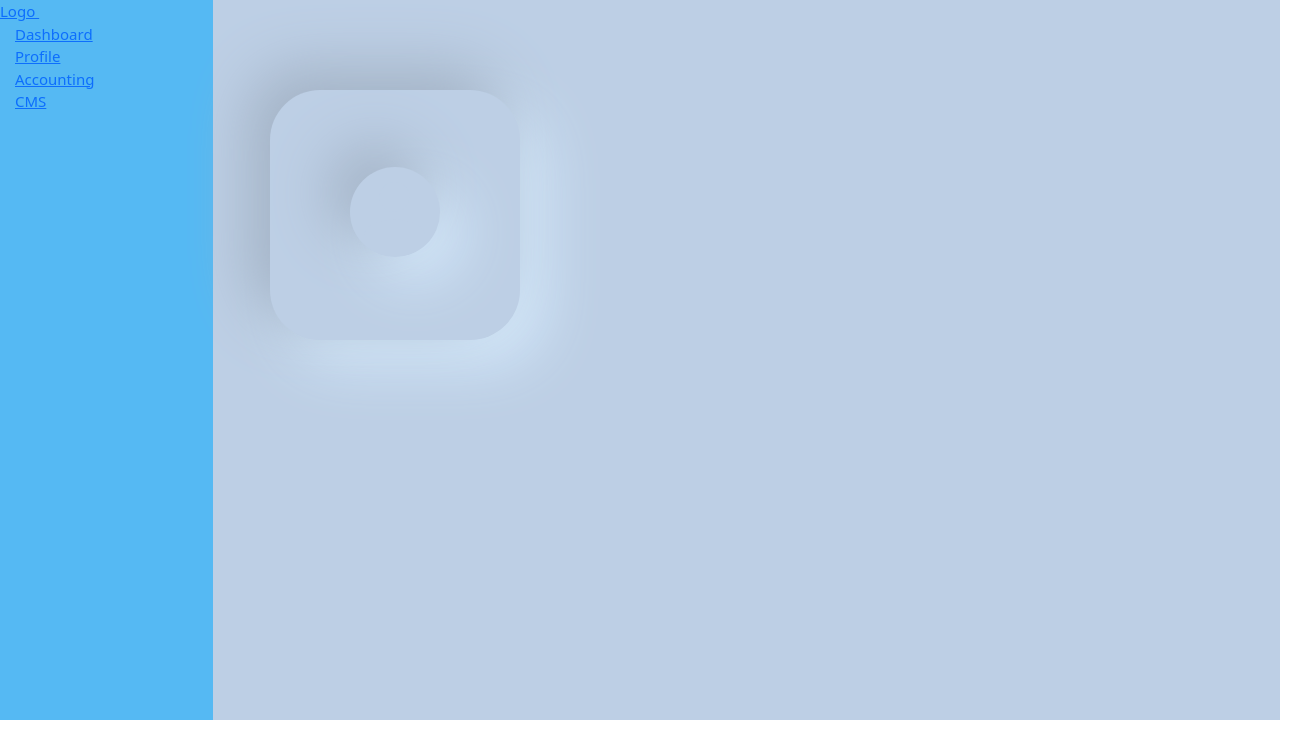
Repository: latenightsnacc/AllinOne
Page: Design/index.html
The author's editor kept a copy of each file at every save. The page is drawn from the files as they stood at one save, then again after the next save.
The browser window is 1280 px wide. The page is 1291 px wide, so the pictures cover 1291 px, including what lies to the right of the window. The pictures show the whole page.
The style sheet was rebuilt from its Sass, Less or Tailwind sources for each picture, by a compiler version that may differ from the author's.

Above is the page before, as saved 2020-09-15 16:58:53.

### Design/index.html
<!DOCTYPE html>
<html lang="en">
<head>
    <meta charset="UTF-8">
    <meta name="viewport" content="width=device-width, initial-scale=1.0">
    <!--Icons-->
    <link href="https://fonts.googleapis.com/icon?family=Material+Icons" rel="stylesheet">
    <!-- Compiled and minified CSS -->
    <link rel="stylesheet" href="https://cdnjs.cloudflare.com/ajax/libs/materialize/1.0.0/css/materialize.min.css">
    <link rel="stylesheet" href="https://stackpath.bootstrapcdn.com/bootstrap/5.0.0-alpha1/css/bootstrap.min.css" integrity="sha384-r4NyP46KrjDleawBgD5tp8Y7UzmLA05oM1iAEQ17CSuDqnUK2+k9luXQOfXJCJ4I" crossorigin="anonymous">
    <!--Custom css-->
    <link rel="stylesheet" href="Styles.css">
    <title>Welcome Page</title>
</head>
<body>
    <div class="row g-0">
        <div class="col-xs-3 col-sm-3 col-md-2 col-lg-2 col-xl-2">
            <div class="sidebar">
                <a href="#">
                    Logo
                    <img src="" alt="" />
                </a>
                <div class="container">
                    <ul class="side-menu">
                        <li>
                            <a href="index.html">
                                <span class="nav-icon"></span>
                                Dashboard
                            </a>
                        </li>
                        <li>
                            <a href="index.html">
                                <span class="nav-icon"></span>
                                Profile
                            </a>
                        </li>
                        <li>
                            <a href="index.html">
                                <span class="nav-icon"></span>
                                Accounting
                            </a>
                        </li>
                        <li>
                            <a href="index.html">
                                <span class="nav-icon"></span>
                                CMS
                            </a>
                        </li>
                    </ul>
                </div>
            </div>
        </div>

        <div class="col-xs-9 col-sm-9 col-md-10 col-lg-10 col-xl-10">
            <div class="wrapper">
                <div class="welcome-box py-5">

                </div>
                <div class="row ml-5">
                    <div class="col-xs-12 col-sm-12 col-md-4 col-lg-4 col-xl-4 col-xxl-4">
                        <a href="#">
                            <div class="cardNew greyBs">
                                <div class="card-content">
                                    <div class="card-icon">
                                        <i class="large material-icons greyBs">person</i>
                                    </div>

                                </div>
                            </div>
                        </a>
                      </div>
                </div>
            </div>

        </div>
    </div>


    <script src="https://cdn.jsdelivr.net/npm/popper.js@1.16.0/dist/umd/popper.min.js" integrity="sha384-Q6E9RHvbIyZFJoft+2mJbHaEWldlvI9IOYy5n3zV9zzTtmI3UksdQRVvoxMfooAo" crossorigin="anonymous"></script>
    <script src="https://stackpath.bootstrapcdn.com/bootstrap/5.0.0-alpha1/js/bootstrap.min.js" integrity="sha384-oesi62hOLfzrys4LxRF63OJCXdXDipiYWBnvTl9Y9/TRlw5xlKIEHpNyvvDShgf/" crossorigin="anonymous"></script>
</body>
</html>

### Design/Styles.scss
@import 'variables';

*{
    margin: 0;
    padding: 0;
    box-sizing: border-box;
    list-style: none;
    text-decoration: none;

}
body {
    overflow: hidden;
}

.sidebar, .wrapper {
    height: 100vh;
}

.sidebar {
    background-color: $blue;


}
.wrapper {
    background-color: $grey;
}
.greyBs {
    background-color: $grey;
    box-shadow: $bsGrey;
    border-radius: $borderR;
    color: $grey;
}
.cardNew{
    display: flex;
    flex-direction: column;
    align-items: center;
    justify-content: center;
    width: 250px;
    height: 250px;
}

### Design/_variables.scss
$blue: #55b9f3;
$white: #fff;
$grey: #bdcfe5;
$borderR: 50px;
$Brb: 50px;
$bsGrey:  -20px -20px 60px #a1b0c3,
20px 20px 60px #d9eeff;
$bsBlue:  20px 20px 60px #489dcf,
-20px -20px 60px #62d5ff;

After the next save:
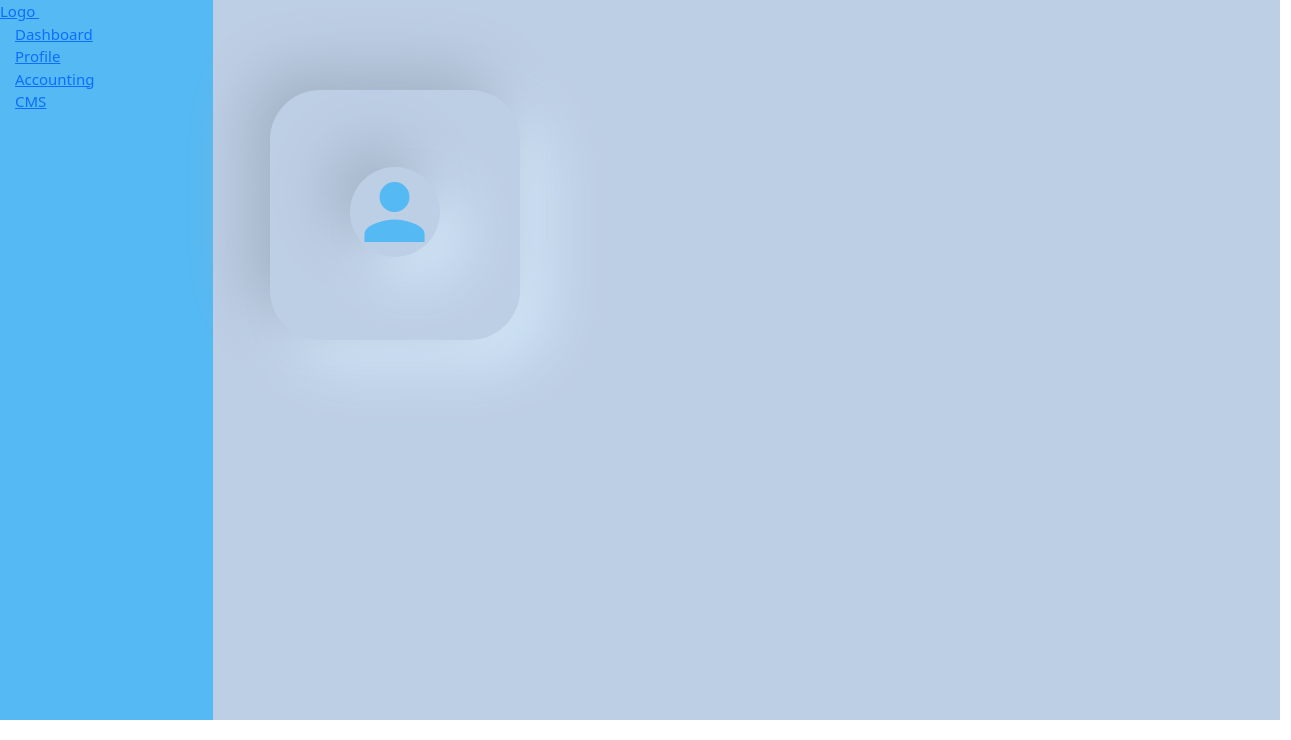
Saved 18 s later.
--- a/Design/Styles.scss
+++ b/Design/Styles.scss
@@ -28,7 +28,7 @@
     background-color: $grey;
     box-shadow: $bsGrey;
     border-radius: $borderR;
-    color: $grey;
+    color: $blue;
 }
 .cardNew{
     display: flex;
